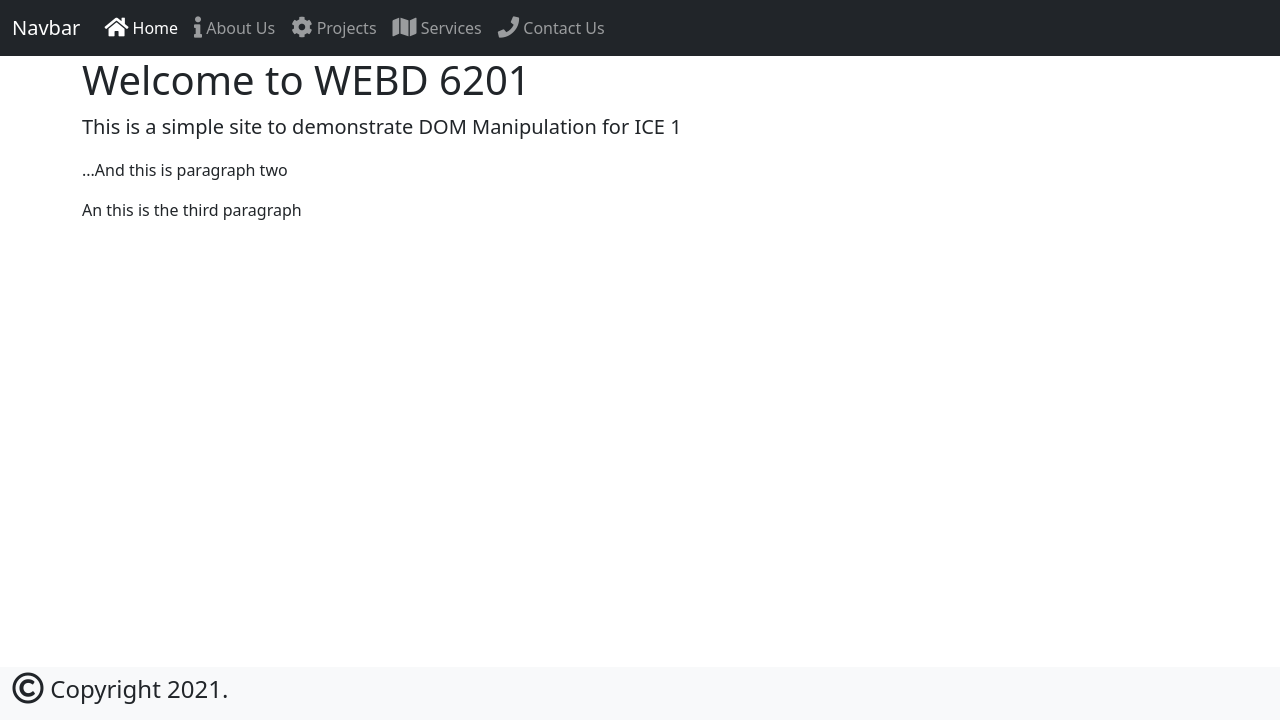
Repository: aphim/Webd6201-wk3
Page: index.html
These files come from the project's save history. The page is drawn as it stood at one moment and after the next save; the edit follows.
The browser window is 1280 px wide. The pictures show the whole page.

Above is the page before, as saved 2021-01-21 08:27:42.

### index.html
<!DOCTYPE html>
<html lang="en">
<head>
    <meta charset="UTF-8">
    <meta name="viewport" content="width=device-width, initial-scale=1.0">
    <title>WEBD6201 - W2021 - ICE 1</title>
    <!-- CSS Section -->
    <link rel="stylesheet" href="./node_modules/bootstrap/dist/css/bootstrap.min.css">
    <link rel="stylesheet" href="./node_modules/@fortawesome/fontawesome-free/css/all.min.css">
    <link rel="stylesheet" href="./Content/app.css">
</head>
<body>
    <header>
        <nav class="navbar navbar-expand-lg navbar-dark bg-dark">
            <div class="container-fluid">
              <a class="navbar-brand" href="#">Navbar</a>
              <button class="navbar-toggler" type="button" data-bs-toggle="collapse" data-bs-target="#navbarSupportedContent" aria-controls="navbarSupportedContent" aria-expanded="false" aria-label="Toggle navigation">
                <span class="navbar-toggler-icon"></span>
              </button>
              <div class="collapse navbar-collapse" id="navbarSupportedContent">
                <ul class="navbar-nav me-auto mb-2 mb-lg-0">
                  <li class="nav-item">
                    <a class="nav-link active" aria-current="page" href="#"><i class="fas fa-home fa-lg"></i> Home</a>
                  </li>

                  <li class="nav-item">
                    <a class="nav-link" aria-current="page" href="#"><i class="fas fa-info fa-lg"></i> About Us</a>
                  </li>

                  <li class="nav-item">
                    <a class="nav-link" aria-current="page" href="#"><i class="fas fa-cog fa-lg"></i> Projects</a>
                  </li>

                  <li class="nav-item">
                    <a class="nav-link" aria-current="page" href="#"><i class="fas fa-map fa-lg"></i> Services</a>
                  </li>

                  <li class="nav-item">
                    <a class="nav-link" aria-current="page" href="#"><i class="fas fa-phone fa-lg"></i> Contact Us</a>
                  </li>
                </ul>
              </div>
            </div>
          </nav>
    </header>


    <main class="container">
        <h1>Welcome to WEBD 6201</h1>
        <p id="paragraphOne"></p>
    </main>

    <footer>
        <nav class="navbar fixed-bottom navbar-light bg-light">
            <div class="container-fluid">
              <h4><i class="far fa-copyright fa-lg"></i> Copyright 2021.</h4>
            </div>
          </nav>
    </footer>

    <!-- Script Section-->
    <script src="./node_modules/jquery/dist/jquery.min.js"></script>
    <script src="./node_modules/bootstrap/dist/js/bootstrap.bundle.min.js"></script>
    <script src="./Scripts/app.js"></script>
</body>
</html>

### Scripts/app.js
/* custom JavaScript goes here */

//IIFE - Immediately Invoked Function Expression
//AKA - Anonymous Self-Executing Function
//Closure - limits scope leak

"use strict";

(function()
{

    function Start()
    {
        console.log("App Started...");

        let paragraphOneText = "This is a simple site to demonstrate DOM Manipulation for ICE 1";

        //Different ways to select a paragraph element "paragraph one"
        let paragraphOneElement = document.getElementById("paragraphOne");

        //let paragraphOneParagraph = document.getElementsByTagName("p")[0];
        //let paragraphOneQuery = document.querySelector("p");
        //console.log(paragraphOneElement);
        //console.log(paragraphOneParagraph);
        //console.log(paragraphOneQuery);

        paragraphOneElement.textContent = paragraphOneText;
        paragraphOneElement.className = "fs-5";

        // step 1. Create an element
        let newParagraph = document.createElement("p");
        //step 2. configure element
        newParagraph.setAttribute("id", "paragraphTwo");
        newParagraph.textContent = "...And this is paragraph two";
        //Step 3. select the parent element
        let mainContent = document.getElementsByTagName("main")[0];
        //step 4. Add/insert the element
        mainContent.appendChild(newParagraph);

        newParagraph.className = "fs-6";

        //////another way to add an element ///////
        //let paragraphThree =`<p class="fs-7 fw-bold">And this is the Third Paragraph</p>`;
        //mainContent.innerHTML = paragraphThree;

        let paragraphDiv = document.createElement("div");
        let paragraphThree = `<p id="paragraphThree" class="fs-7 fw=bold">An this is the third paragraph</p>`
        paragraphDiv.innerHTML = paragraphThree;

        //insertion before a node
        //newParagraph.before(paragraphDiv);
        newParagraph.after(paragraphDiv);

    }



    window.addEventListener("load", Start);

})();

Loaded but not shown: node_modules/bootstrap/dist/css/bootstrap.min.css (library); node_modules/@fortawesome/fontawesome-free/css/all.min.css (library); Content/app.css (common file); node_modules/jquery/dist/jquery.min.js (library); node_modules/bootstrap/dist/js/bootstrap.bundle.min.js (library)

After the next save:
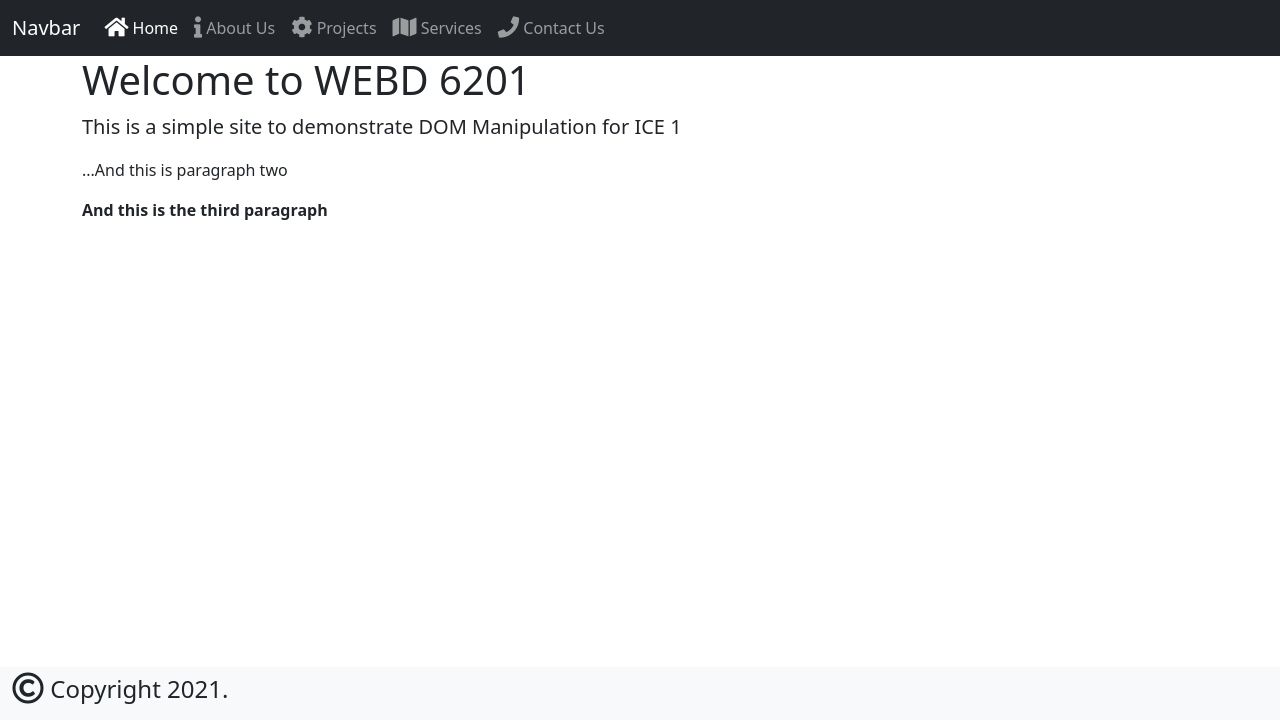
Saved 22 s later.
--- a/Scripts/app.js
+++ b/Scripts/app.js
@@ -44,7 +44,7 @@
         //mainContent.innerHTML = paragraphThree;
 
         let paragraphDiv = document.createElement("div");
-        let paragraphThree = `<p id="paragraphThree" class="fs-7 fw=bold">An this is the third paragraph</p>`
+        let paragraphThree = `<p id="paragraphThree" class="fs-7 fw-bold">And this is the third paragraph</p>`
         paragraphDiv.innerHTML = paragraphThree;
 
         //insertion before a node
